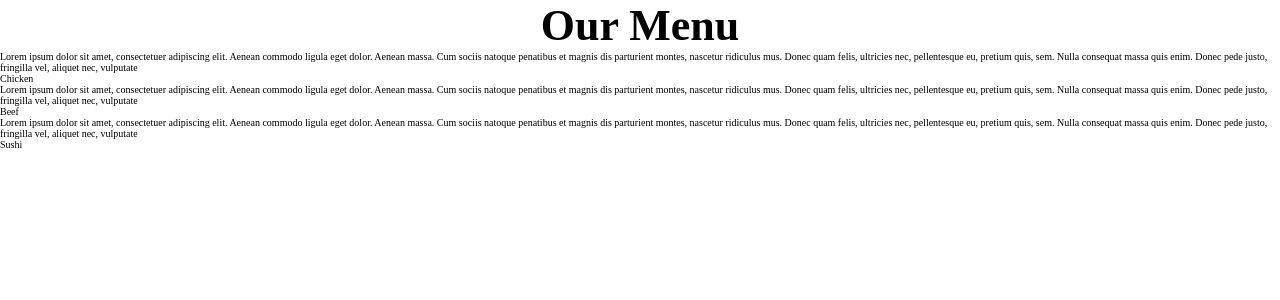
Repository: Normandy72/module2-solution
Page: index.html
These files come from the project's save history. The page is drawn as it stood at one moment and after the next save; the edit follows.
The browser window is 1280 px wide. The pictures show the whole page.
Some web fonts or font styles are not loaded; a fallback is used.

Above is the page before, as saved 2022-12-05 14:49:15.

### index.html
<!DOCTYPE html>
<html lang="en">
<head>
    <meta charset="UTF-8">
    <meta http-equiv="X-UA-Compatible" content="IE=edge">
    <meta name="viewport" content="width=device-width, initial-scale=1.0">
    <title>Our menu</title>
    <link href="https://fonts.googleapis.com/css2?family=Comic+Neue:ital,wght@0,300;0,400;0,700;1,300;1,400;1,700&family=Roboto:ital,wght@0,100;0,300;0,400;0,500;0,700;0,900;1,100;1,300;1,400;1,500;1,700;1,900&display=swap" rel="stylesheet">
    <link rel="stylesheet" href="styles/style.css">
</head>
<body>
    <h1>Our Menu</h1>
    <div>
        <p>Lorem ipsum dolor sit amet, consectetuer adipiscing elit. Aenean commodo ligula eget dolor. Aenean massa. Cum sociis natoque penatibus et magnis dis parturient montes, nascetur ridiculus mus. Donec quam felis, ultricies nec, pellentesque eu, pretium quis, sem. Nulla consequat massa quis enim. Donec pede justo, fringilla vel, aliquet nec, vulputate</p>
        <div>Chicken</div>
    </div>
    <div>
        <p>Lorem ipsum dolor sit amet, consectetuer adipiscing elit. Aenean commodo ligula eget dolor. Aenean massa. Cum sociis natoque penatibus et magnis dis parturient montes, nascetur ridiculus mus. Donec quam felis, ultricies nec, pellentesque eu, pretium quis, sem. Nulla consequat massa quis enim. Donec pede justo, fringilla vel, aliquet nec, vulputate</p>
        <div>Beef</div>
    </div>
    <div>
        <p>Lorem ipsum dolor sit amet, consectetuer adipiscing elit. Aenean commodo ligula eget dolor. Aenean massa. Cum sociis natoque penatibus et magnis dis parturient montes, nascetur ridiculus mus. Donec quam felis, ultricies nec, pellentesque eu, pretium quis, sem. Nulla consequat massa quis enim. Donec pede justo, fringilla vel, aliquet nec, vulputate</p>
        <div>Sushi</div>
    </div>
</body>
</html>

### styles/style.css
*{
    font-family: 'Comic Neue', cursive;
    font-size: 10px;

    margin: 0;
    padding: 0;
    box-sizing: border-box;
}

h1{
    font-size: 4.4rem;
    text-align: center;

    padding: 20px auto;
}

After the next save:
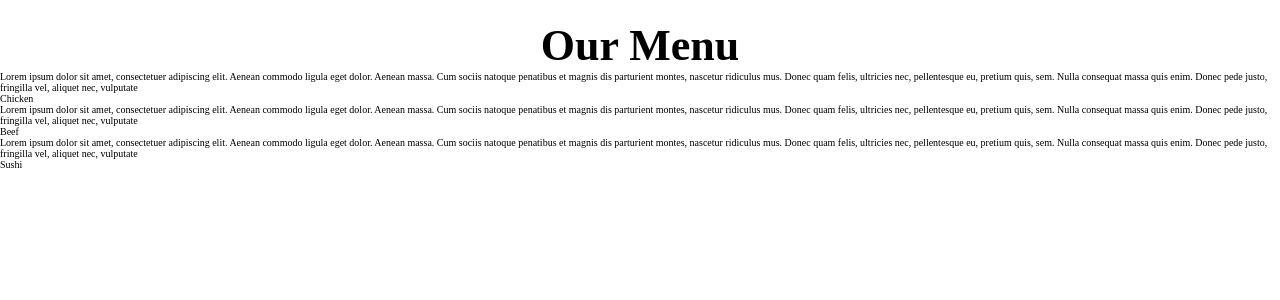
Saved 28 s later.
--- a/styles/style.css
+++ b/styles/style.css
@@ -11,5 +11,5 @@ h1{
     font-size: 4.4rem;
     text-align: center;
 
-    padding: 20px auto;
+    padding-top: 20px;
 }
